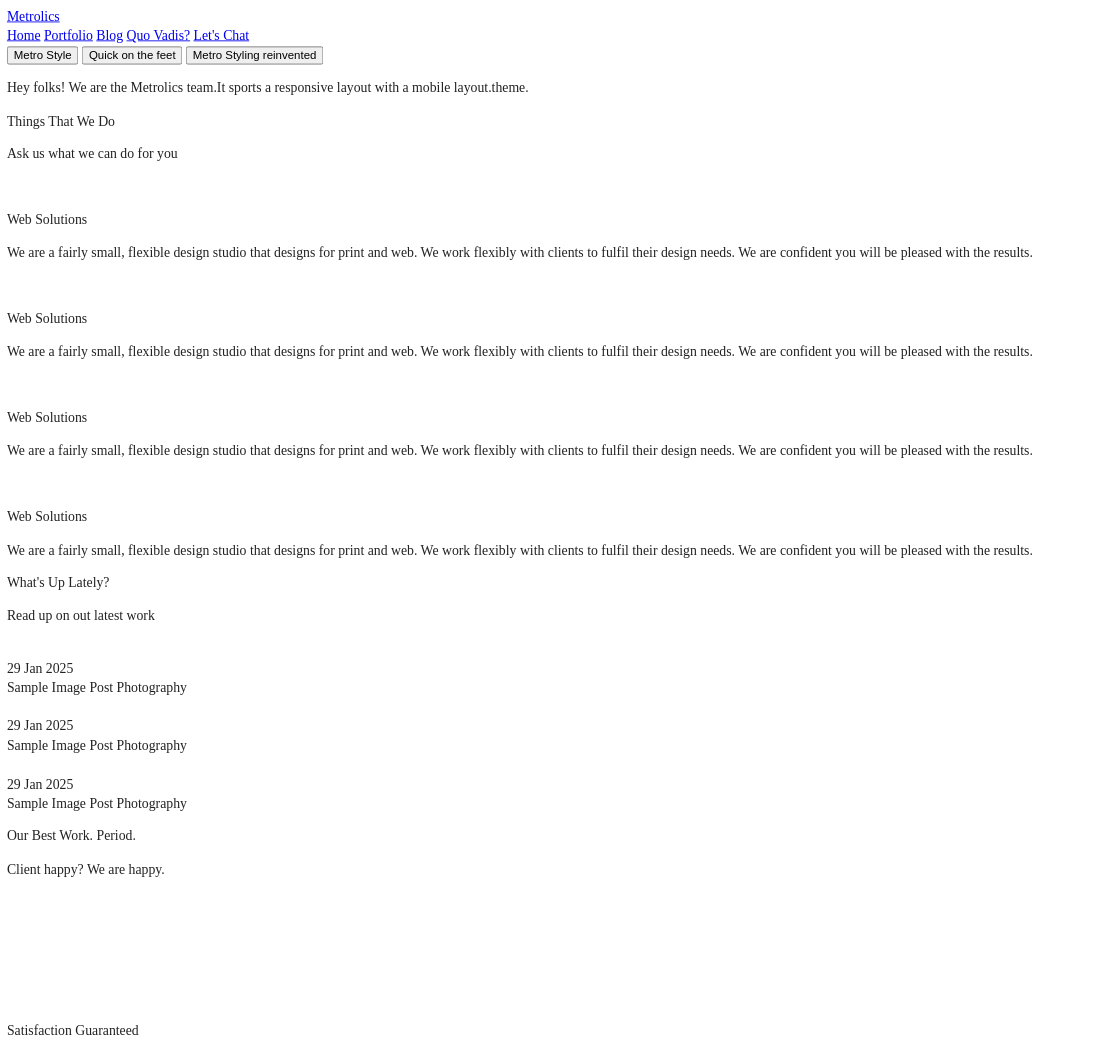
Repository: Angehyy/wk02_site
Page: index.html
An editor plug-in stored every save of this project. The page is shown before and after the next save, followed by the edit.
The browser window is 1280 px wide. The pictures show the whole page, at 86% of full size.

Above is the page before, as saved 2025-01-19 20:02:45.

After the next save:
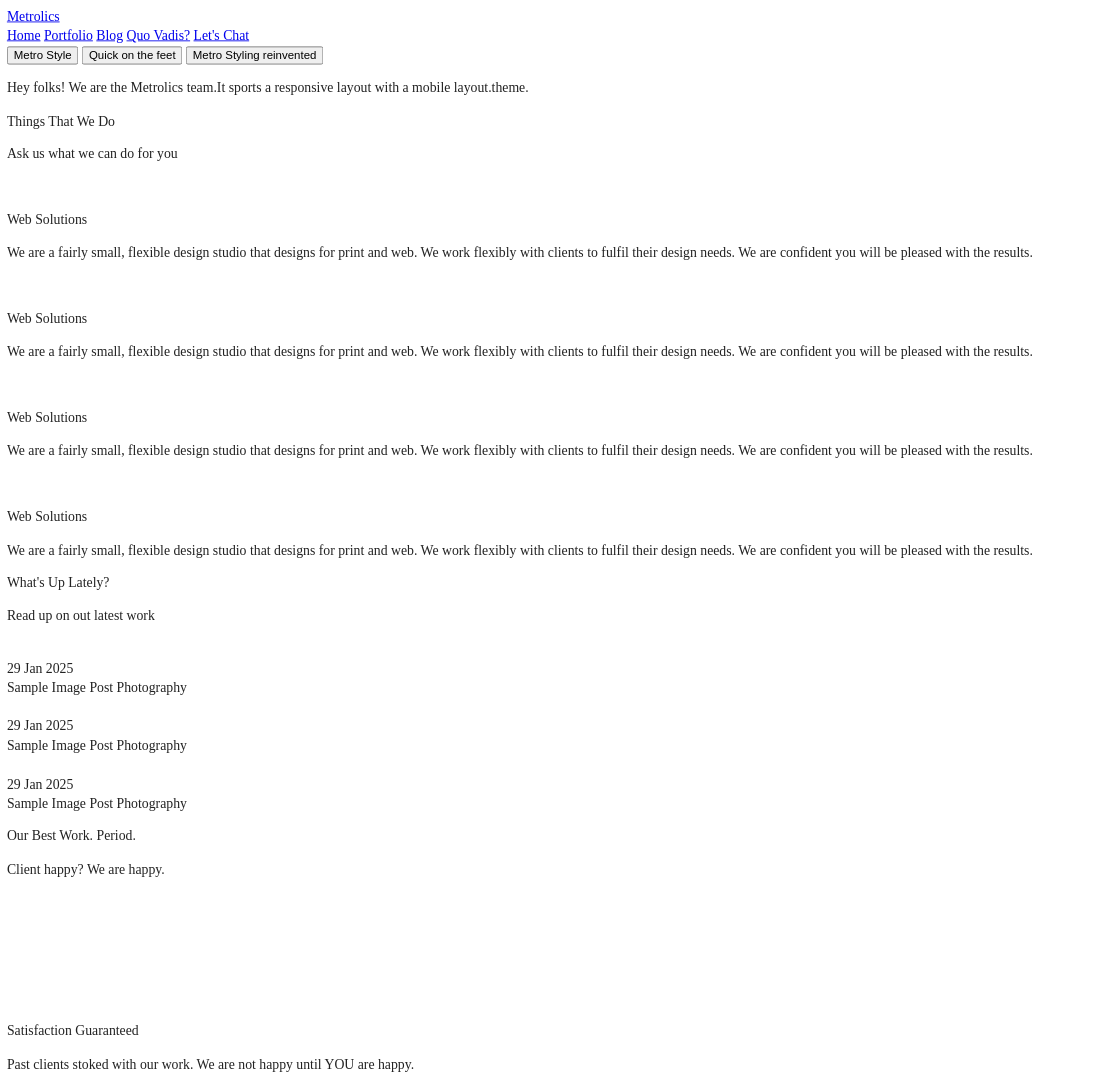
Saved 10 s later.
--- a/index.html
+++ b/index.html
@@ -148,7 +148,7 @@
 
     <section>
       <p>Satisfaction Guaranteed</p>
-      <p></p>
+      <p>Past clients stoked with our work. We are not happy until YOU are happy.</p>
     </section>
 
   </main>
